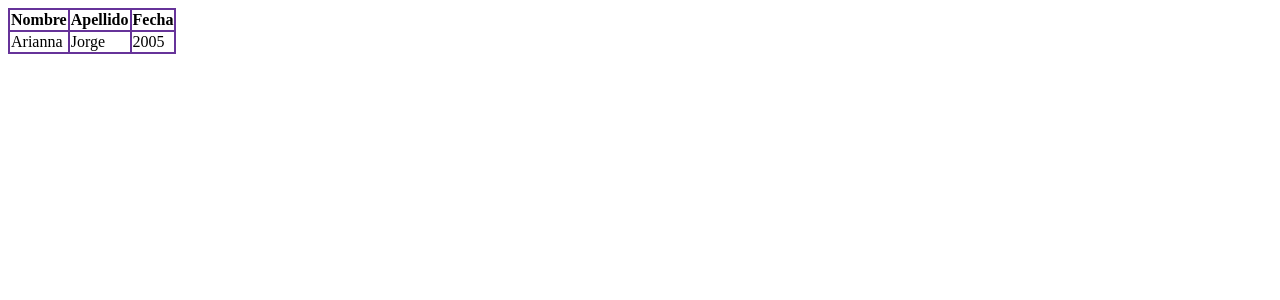
Repository: Arito05/Mi-primer-Repositorio
Page: dia2/intex3.html
An editor plug-in stored every save of this project. The page is shown before and after the next save, followed by the edit.
The browser window is 1280 px wide. The pictures show the whole page.

Above is the page before, as saved 2024-07-18 11:22:43.

### dia2/intex3.html
<!DOCTYPE html>
<html lang="en">
  <head>
    <meta charset="UTF-8" />
    <meta name="viewport" content="width=, initial-scale=1.0" />
    <title>Document</title>
    <style>
      table,
      th,
      td {
        border: 2px solid rebeccapurple;
        border-collapse: collapse;
      }
      .table {
        width: 600px;
      }
    </style>
  </head>
  <body>
    <table>
      <tr>
        <th>Nombre</th>
        <th>Apellido</th>
        <th>Fecha</th>
      </tr>
      <tr>
        <td>Arianna</td>
        <td>Jorge</td>
        <td>2005</td>
      </tr>
    </table>
  </body>
</html>

After the next save:
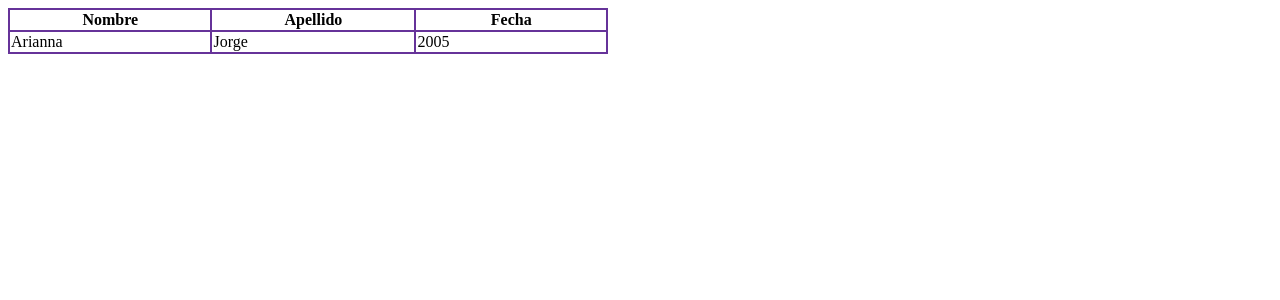
Saved 44 s later.
--- a/dia2/intex3.html
+++ b/dia2/intex3.html
@@ -10,9 +10,9 @@
       td {
         border: 2px solid rebeccapurple;
         border-collapse: collapse;
+        width: 600px;
       }
       .table {
-        width: 600px;
       }
     </style>
   </head>
